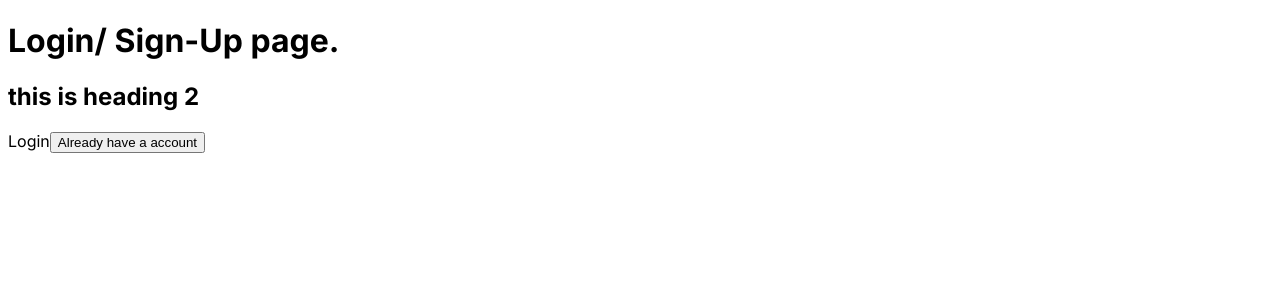
Repository: its-kundan/food-on-time
Page: /restaurant
These files come from the project's save history. The page is drawn as it stood at one moment and after the next save; the edit follows.
The browser window is 1280 px wide. The pictures show the whole page.
The project was rebuilt for these pictures with package versions that can differ from the ones it lists, and the page was loaded fresh each time. The framework's server and built-in components were replaced by stand-ins that run in the browser. Also part of the build but not shown: next.config.mjs, src/app/globals.css, src/app/_components/SignUp.jsx.

Above is the page before, as saved 2024-07-24 19:31:25.

After the next save:
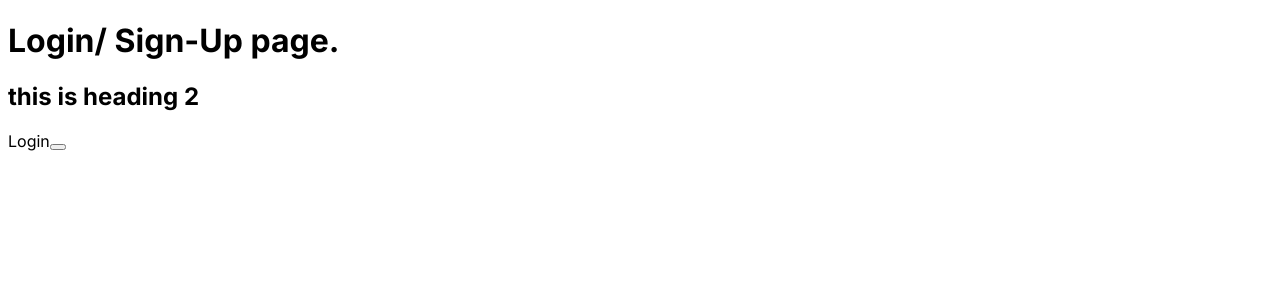
Saved 4 s later.
--- a/src/app/restaurant/page.js
+++ b/src/app/restaurant/page.js
@@ -18,7 +18,7 @@ function Restaurant() {
 
 
 
-    <button> Already have a account</button>
+    <button></button>
     </>
   )
 }
